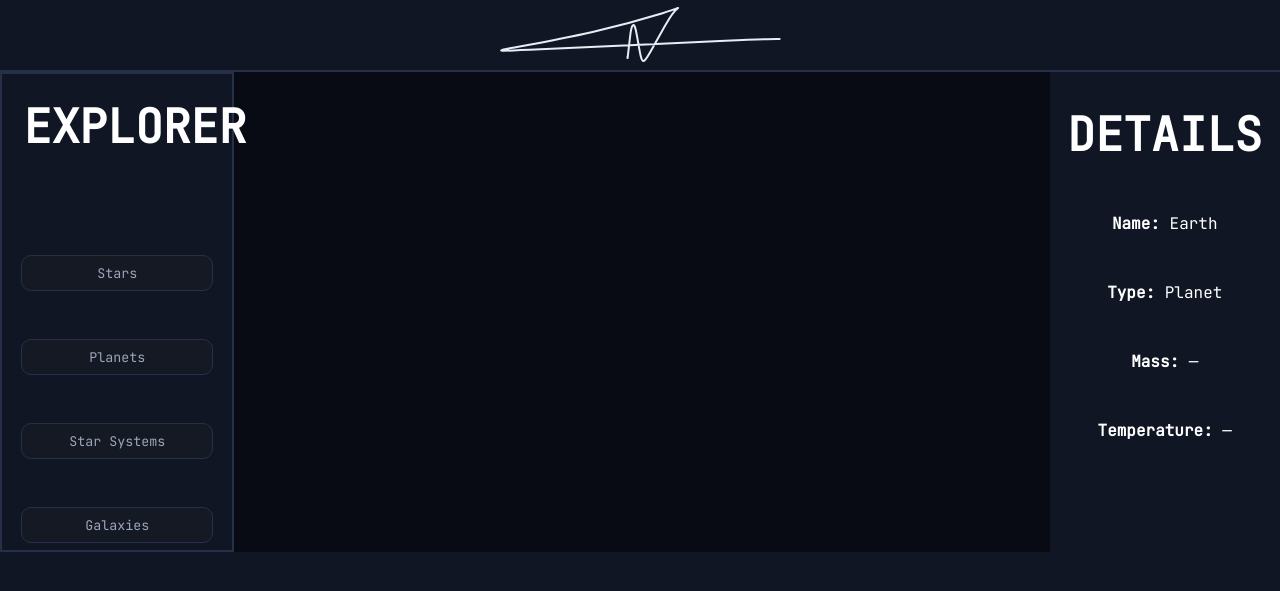
Repository: nico-madruga/Universe
Page: front-end/html/index.html
These files come from the project's save history. The page is drawn as it stood at one moment and after a run of saves; the edit follows.
The browser window is 1280 px wide. The pictures show the whole page.

Above is the page before, as saved 2026-09-28 17:54:15.

### front-end/html/index.html
<!DOCTYPE html>
<html lang="en">
<head>
    <meta charset="UTF-8">
    <meta name="viewport" content="width=device-width, initial-scale=1.0">
    <link href='https://fonts.googleapis.com/css?family=JetBrains Mono' rel='stylesheet'>
    <link rel="stylesheet" href="../css/style.css">
    <title>Universe</title>

    <link rel="stylesheet" href="../css/style.css">
</head>

<body>

    <header>
        <img src="/front-end/imgs/Vector 1.svg">
    </header>


    <main class="layout">

        <aside class="sidebar">

            <h2>EXPLORER</h2>

            <nav>
                <button class="standard_button">Stars</button>
                <button class="standard_button">Planets</button>
                <button class="standard_button">Star Systems</button>
                <button class="standard_button">Galaxies</button>
            </nav>

        </aside>


                <div class="star star-1"></div>
                <div class="star star-2"></div>
                <div class="star star-3"></div>

                <div class="planet"></div>

            <section class="object-info">

                <h2>DETAILS</h2>

                <div class="info-grid">

                    <p>
                        <strong>Name:</strong>
                        Earth
                    </p>

                    <p>
                        <strong>Type:</strong>
                        Planet
                    </p>

                    <p>
                        <strong>Mass:</strong>
                        —
                    </p>

                    <p>
                        <strong>Temperature:</strong>
                        —
                    </p>

                </div>

            </section>

        </section>

    </main>

</body>
</html>

### front-end/css/style.css
:root
{
    --background-color: #101624;
    --planet-background-color: #080B14;
    --button-color: #2222224D;
    --button-border-color-hovered: #222222;
    --button-color-hovered: #263149BF;
    --panels-color: #101624;
    --panel-borders-color: #263149;
    --main-text-color: #E8ECF4;
    --secondary-text-color: #9AA6BA;
    --primary-accent-color: #4CC9F0;
    --secondary-accent-color: #8B7CFF;
    --highlight-color: #A9E8FF;
}

*
{
 padding: 0;
 margin: 0;
 color: white;
 font-family: 'JetBrains Mono';
}

header
{
    display: flex;
    padding: 1vh 0;
    background-color: var(--background-color);
    flex-direction: row-reverse;
    justify-content: space-evenly;
    border-bottom: 2px solid var(--panel-borders-color);
}

header input
{
    align-self: center;
    height: 2rem;
}

body
{
    background-color: var(--background-color);
}

.layout
{
    display: flex;
    justify-content: space-between;
    background-color: var(--planet-background-color);
}

.layout .sidebar
{
    display: flex;
    flex-direction: column;
    text-align: center;
    width: 18vw;
    height: 66vh;
    border: 2px solid var(--panel-borders-color);
    background-color: var(--panels-color);
}

.sidebar h2
{
    padding: 3vh;
    font-size: 2.9rem;
    font-style: normal;
}

.sidebar nav
{
    display: flex;
    flex-direction: column;
    gap: 48px;
    padding-top: 4.8rem;
}

.standard_button
{
    align-self: center;
    width: 15vw;
    height: 5vh;
    background-color: var(--button-color);
    border: 1px solid var(--panel-borders-color);
    border-style: solid;
    color: var(--secondary-text-color);
    border-radius: 10px;
}

.standard_button:hover
{
    border: 1px solid var(--button-border-color-hovered);
    background-color: var(--button-color-hovered);
    color: var(--secondary-accent-color)
}

.content
{
    display: flex;
}

.content .space
{
    background-color: var(--planet-background-color);
    width: 100%;
}

.layout .object-info
{
    display: flex;
    flex-direction: column;
    padding-top: 2rem;
    text-align: center;
    gap: 48px;
    width: 18vw;
    background-color: var(--panels-color);
}

.layout .object-info h2
{
    font-size: 2.9rem;
}

.layout .object-info .info-grid
{
    display: flex;
    flex-direction: column;
    gap: 48px;
}

After the next 2 saves:
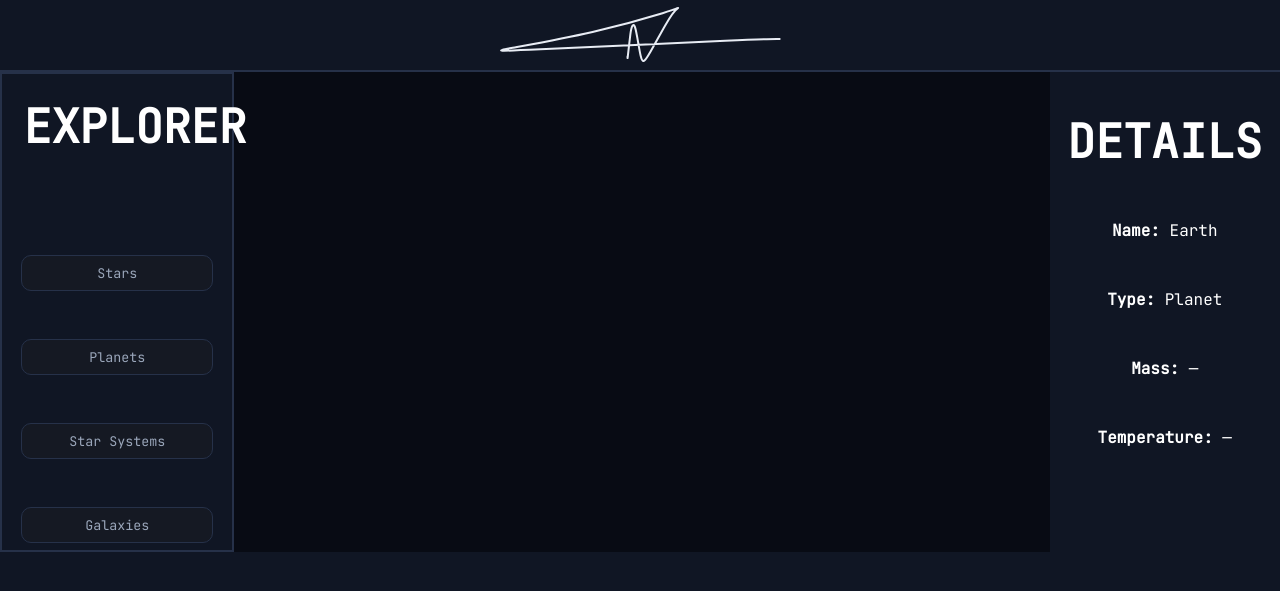
The 2 saves are shown as one change because they came seconds apart.
The last was saved 9 s later.
--- a/front-end/css/style.css
+++ b/front-end/css/style.css
@@ -110,7 +110,7 @@ body
 {
     display: flex;
     flex-direction: column;
-    padding-top: 2rem;
+    padding-top: 2.4rem;
     text-align: center;
     gap: 48px;
     width: 18vw;
